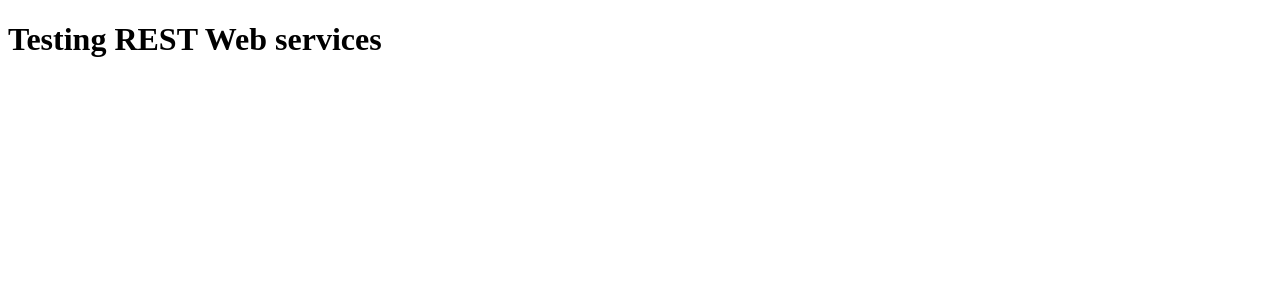
Repository: DavidSpackman/work
Page: workspace/UserManagement2/WebContent/index.html
The author's editor kept a copy of each file at every save. The page is drawn from the files as they stood at one save, then again after the next save.
The browser window is 1280 px wide. The pictures show the whole page.

Above is the page before, as saved 2017-01-28 17:49:41.

### workspace/UserManagement2/WebContent/index.html
<!DOCTYPE html>
<html>
<head>
<meta charset="ISO-8859-1">
<title>Insert title here</title>
</head>
<body>
<h1>Testing REST Web services</h1>

</body>
</html>

After the next save:
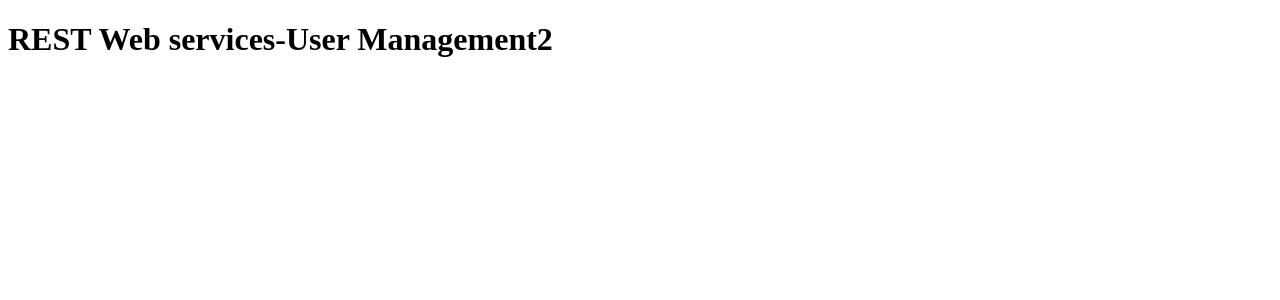
Saved 2 days later.
--- a/workspace/UserManagement2/WebContent/index.html
+++ b/workspace/UserManagement2/WebContent/index.html
@@ -5,7 +5,7 @@
 <title>Insert title here</title>
 </head>
 <body>
-<h1>Testing REST Web services</h1>
+<h1>REST Web services-User Management2</h1>
 
 </body>
 </html>
